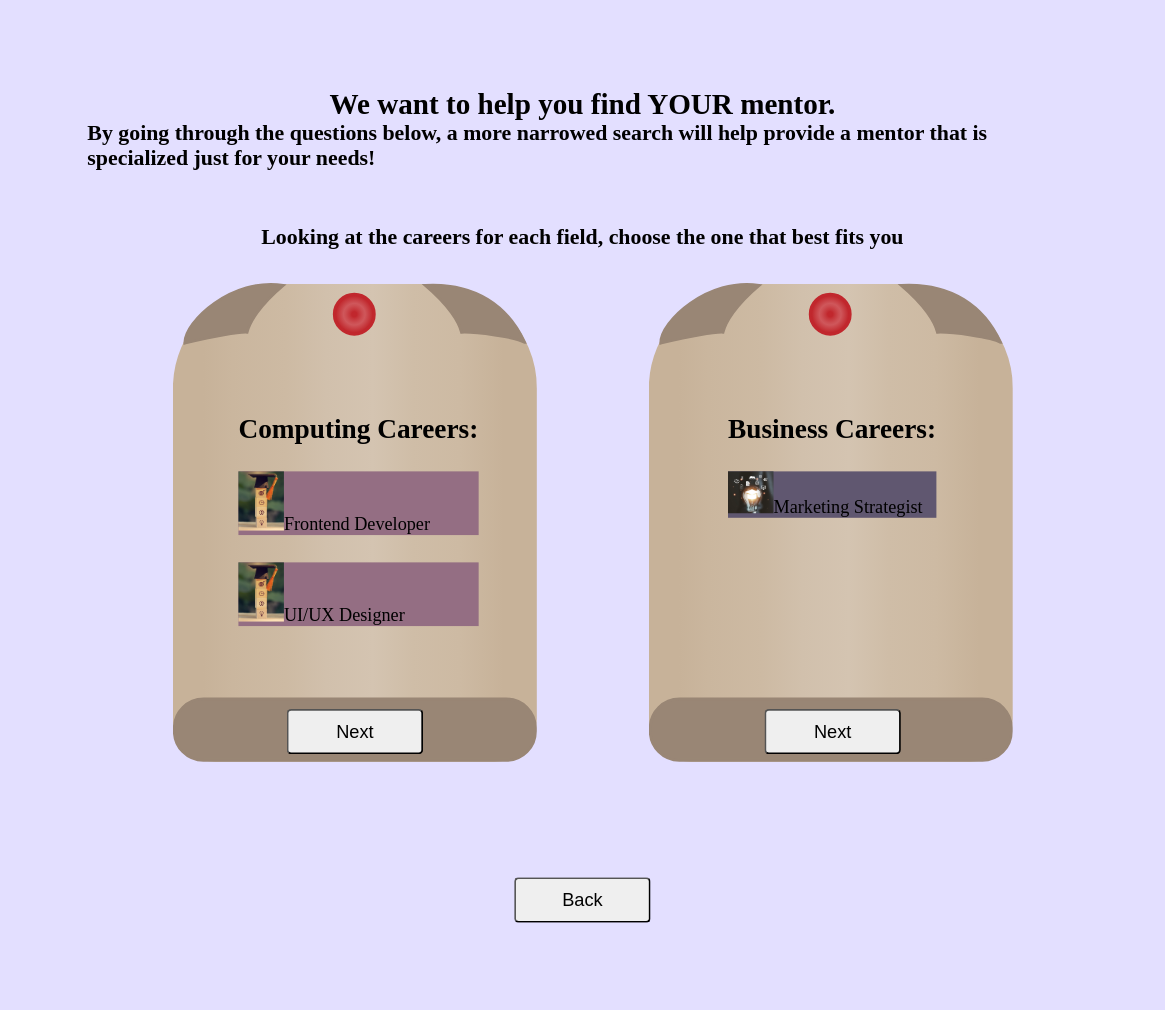
Repository: anikagrewal/week3example
Page: /about
These files come from the project's save history. The page is drawn as it stood at one moment and after the next save; the edit follows.
The browser window is 1280 px wide. The pictures show the whole page, at 91% of full size.
The project was rebuilt for these pictures with package versions that can differ from the ones it lists, and the page was loaded fresh each time. The framework's server and built-in components were replaced by stand-ins that run in the browser. Also part of the build but not shown: next.config.js.

Above is the page before, as saved 2023-01-23 14:55:46.

After the next save:
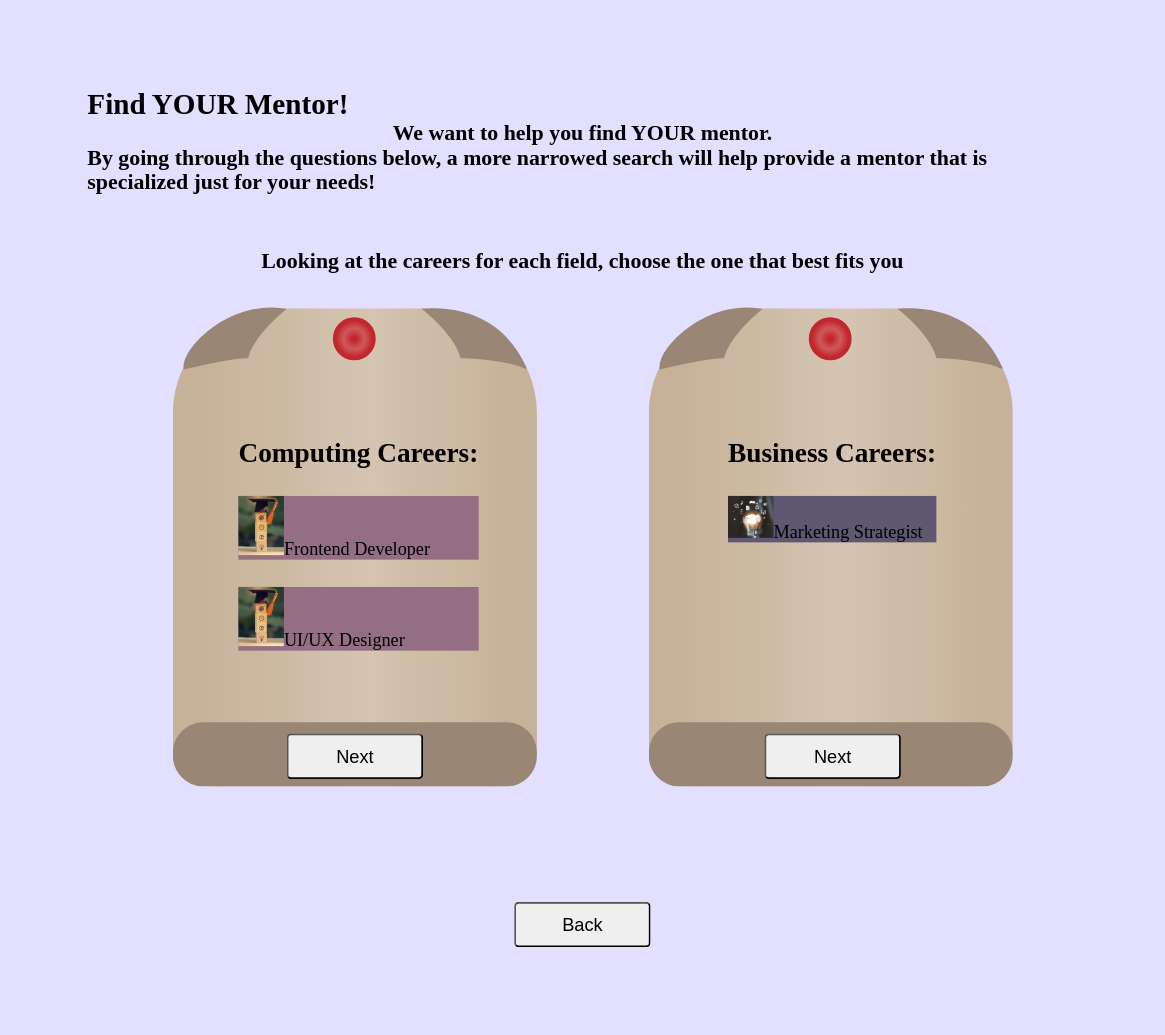
Saved 114 s later.
--- a/pages/about.js
+++ b/pages/about.js
@@ -25,7 +25,8 @@
       <main className={styles.main}>
 
       <div className={styles.headerstyle}>
-        <h1 className={styles.busdeg}>We want to help you find YOUR mentor.</h1>
+      <h1>Find YOUR Mentor!</h1>
+        <h2 className={styles.busdeg}>We want to help you find YOUR mentor.</h2>
         <h2 className={styles.busdeg}>By going through the questions below, a more narrowed search will help provide a mentor that is specialized just for your needs!</h2>
       </div>
 
